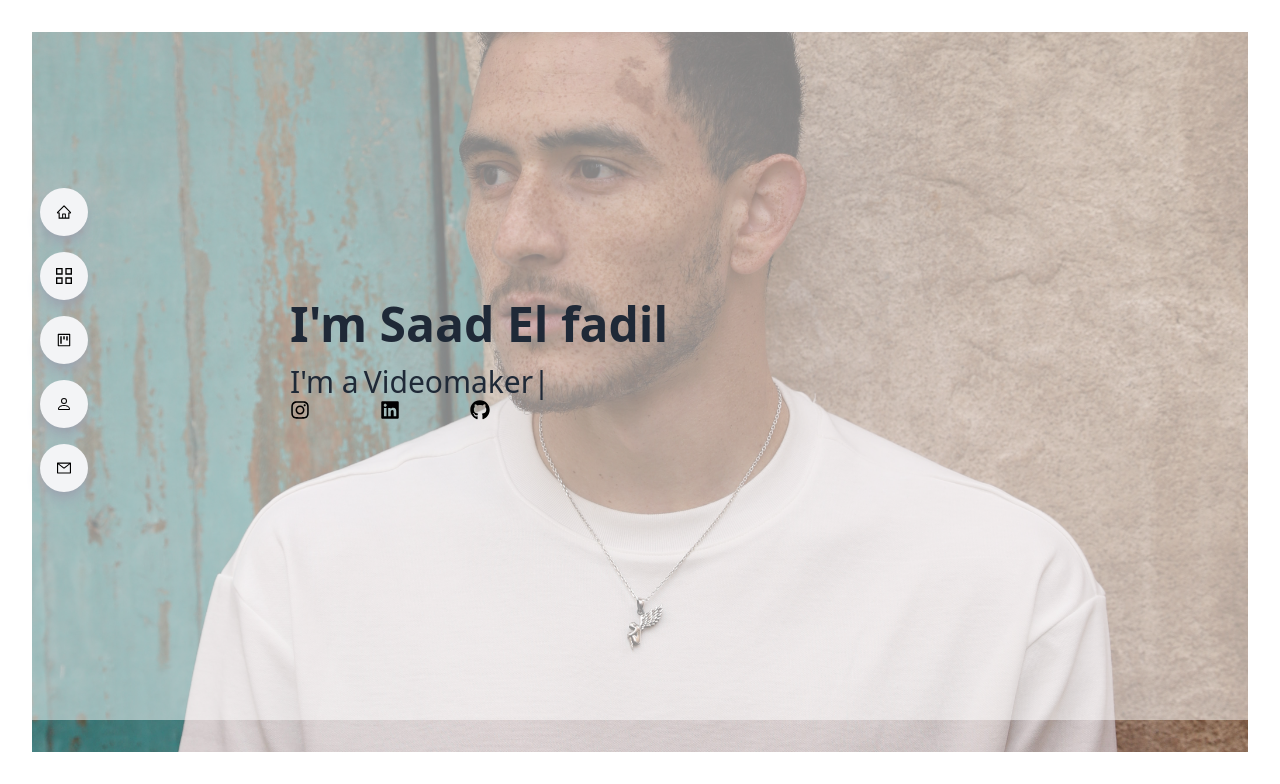
Repository: Saadelfadil/saadelfadil.github.io
Page: /
These files come from the project's save history. The page is drawn as it stood at one moment and after the next save; the edit follows.
The browser window is 1280 px wide. The pictures show the whole page.
The project was rebuilt for these pictures with package versions that can differ from the ones it lists, and the page was loaded fresh each time. Also part of the build but not shown: vite.config.js.

Above is the page before, as saved 2023-02-26 17:07:39.

After the next save:
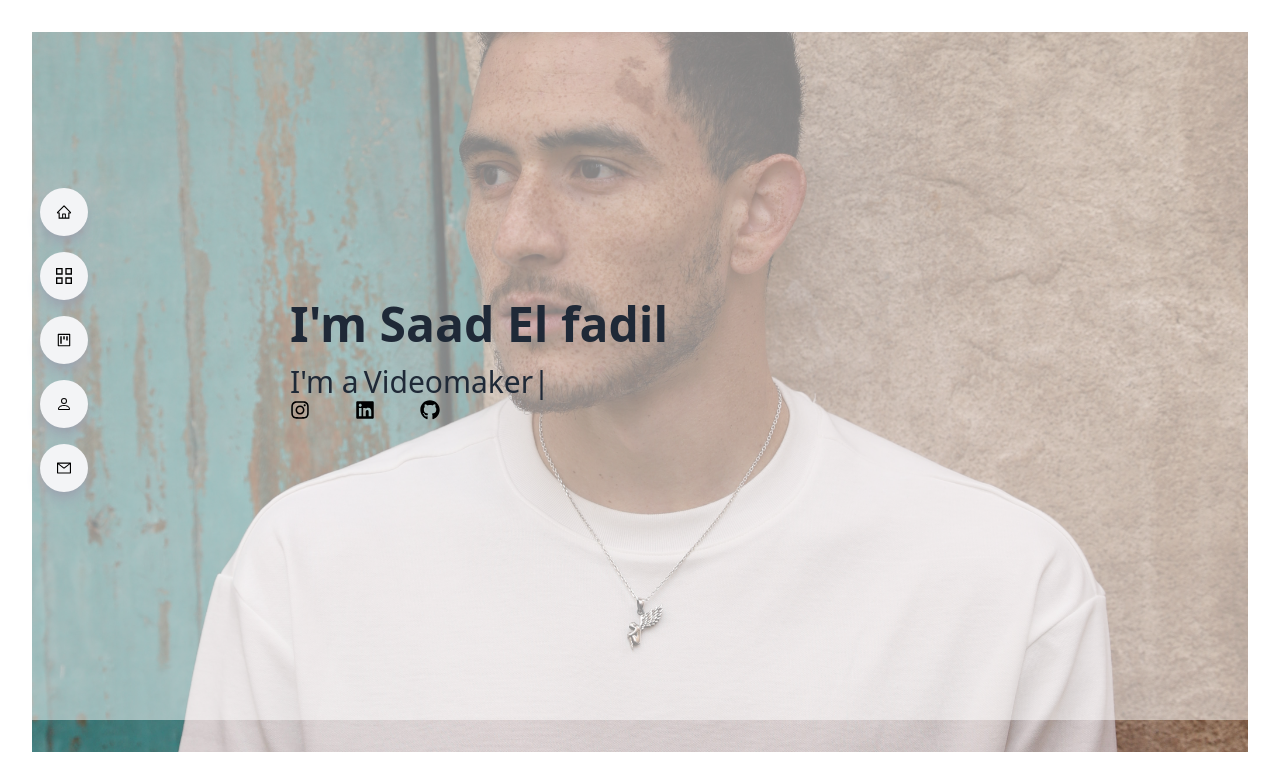
Saved 8 s later.
--- a/src/components/Main.jsx
+++ b/src/components/Main.jsx
@@ -23,7 +23,7 @@ const Main = () => {
                         style={{ fontSize: '1em', paddingLeft: "5px" }}
                     />
                 </h2>
-                <div className="flex justify-between max-w-[200px] w-full">
+                <div className="flex justify-between max-w-[150px] w-full">
                         <FaInstagram size={20} className="cursor-pointer"/>
                         <FaLinkedin size={20} className="cursor-pointer"/>
                         <FaGithub size={20} className="cursor-pointer"/>
